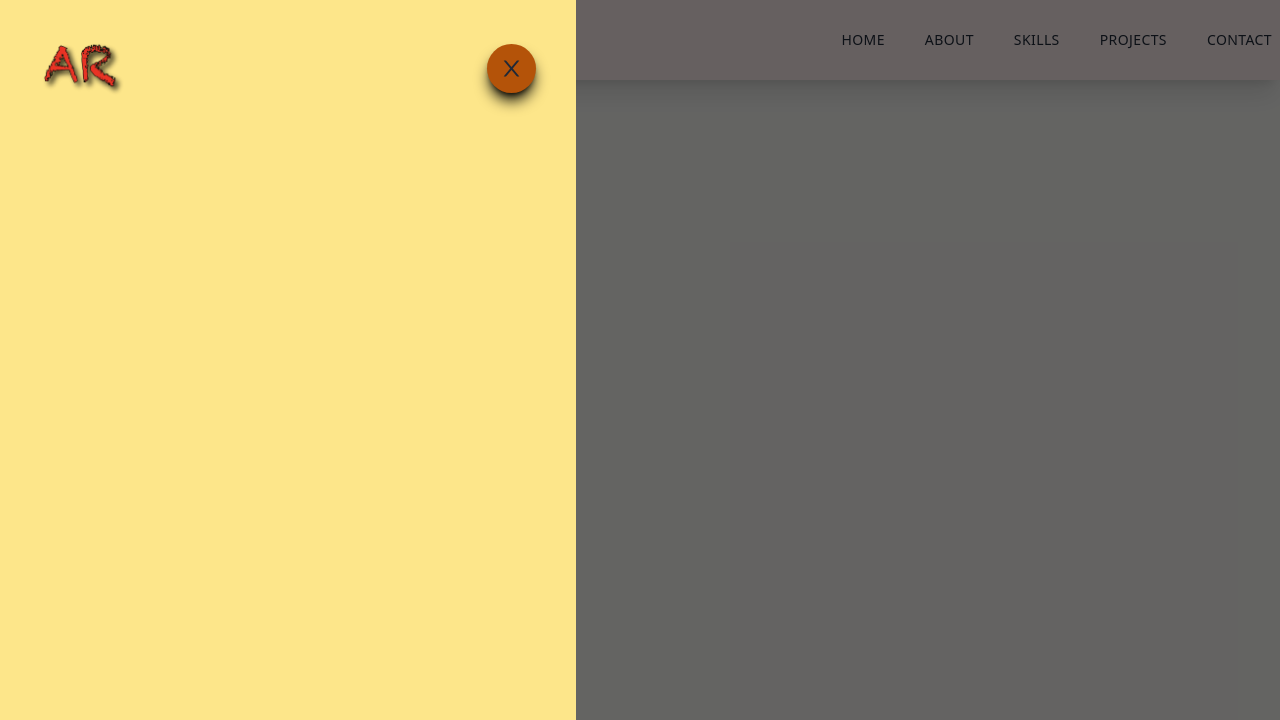
Repository: Sheraliramzan/alyportfolio
Page: /
These files come from the project's save history. The page is drawn as it stood at one moment and after the next save; the edit follows.
The browser window is 1280 px wide. The pictures show the whole page.
The project was rebuilt for these pictures with package versions that can differ from the ones it lists, and the page was loaded fresh each time. The framework's server and built-in components were replaced by stand-ins that run in the browser. Also part of the build but not shown: next.config.js.

Above is the page before, as saved 2023-03-05 18:20:17.

After the next save:
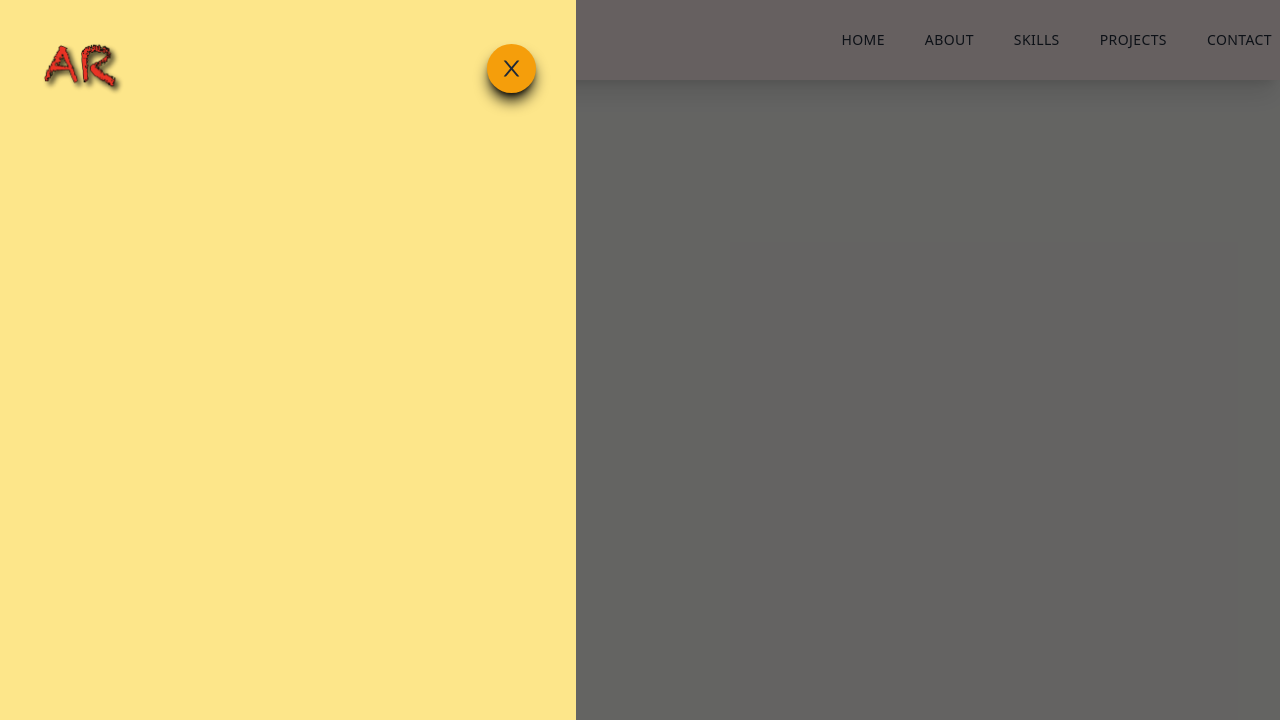
Saved 5 s later.
--- a/components/Navbar.jsx
+++ b/components/Navbar.jsx
@@ -46,7 +46,7 @@
                                 width={87}
                                 height={35}
                                 />
-                                <div className="bg-amber-700 rounded-full shadow-lg shadow-black p-3 cursor-pointer">
+                                <div className="bg-amber-500 rounded-full shadow-lg shadow-black p-3 cursor-pointer">
                                     <AiOutlineClose size={25}/>
                                 </div>
                             </div>
